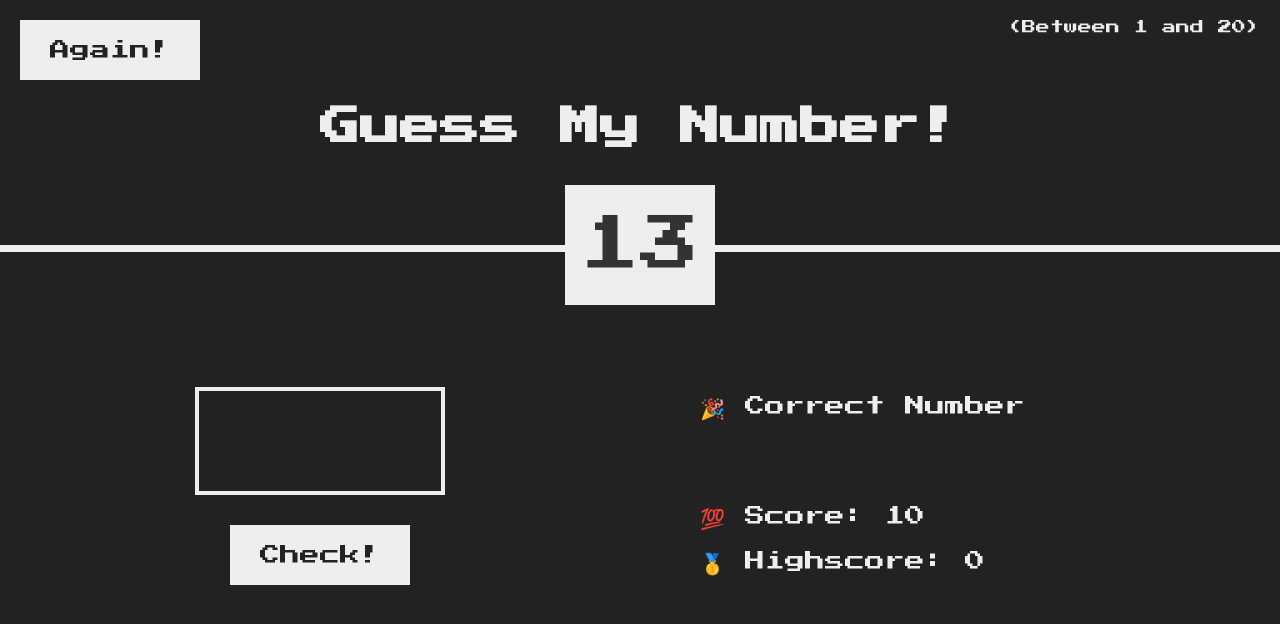
Repository: Samkiroko/guess-my-number
Page: index.html
The author's editor kept a copy of each file at every save. The page is drawn from the files as they stood at one save, then again after the next save.
The browser window is 1280 px wide. The pictures show the whole page.

Above is the page before, as saved 2021-02-18 12:46:52.

After the next save:
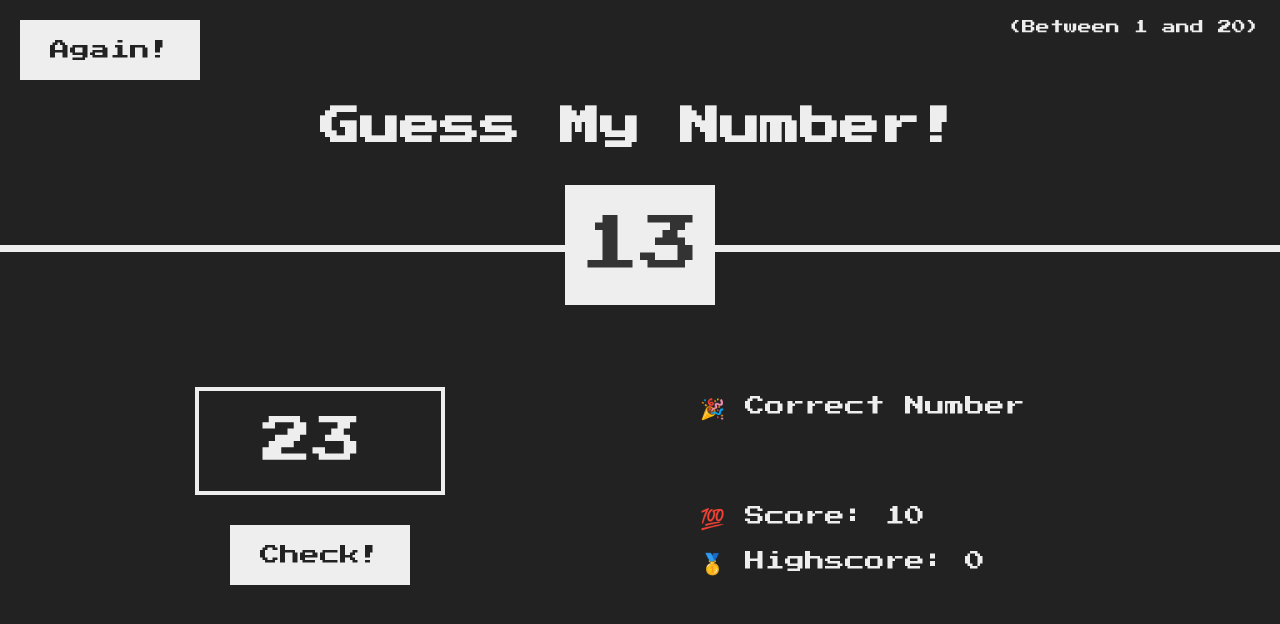
Saved 81 s later.
--- a/script.js
+++ b/script.js
@@ -6,4 +6,5 @@ document.querySelector('.message').textContent = '🎉 Correct Number';
 document.querySelector('.number').textContent = 13;
 document.querySelector('.score').textContent = 10;
 
-document.querySelector('.guess').value;
+document.querySelector('.guess').value = 23;
+console.log(document.querySelector('.guess').value);
